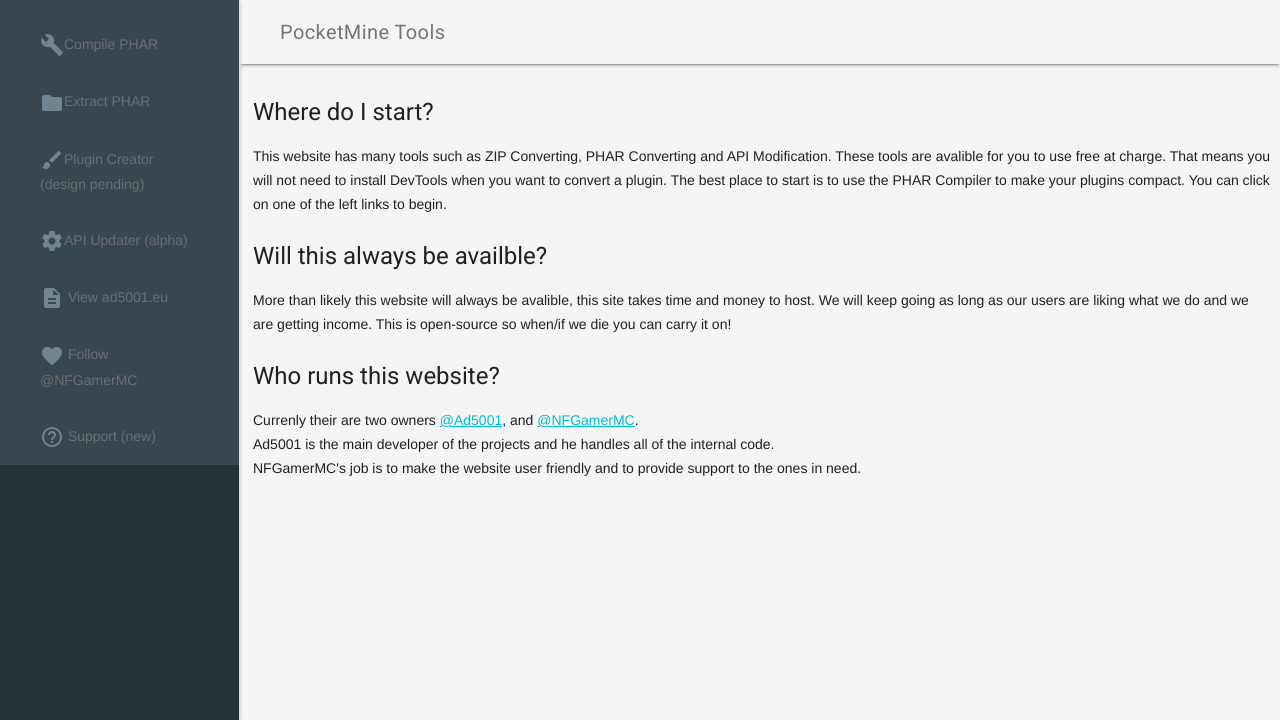
Repository: nathanfredericks/pocketmine-tools
Page: index.html
The author's editor kept a record of every edit. The page is drawn from the files as they stood at one moment, then again after the next edit.
The browser window is 1280 px wide. The pictures show the whole page.
Some web libraries are served in a nearby version.

Above is the page before.

After the next edit:
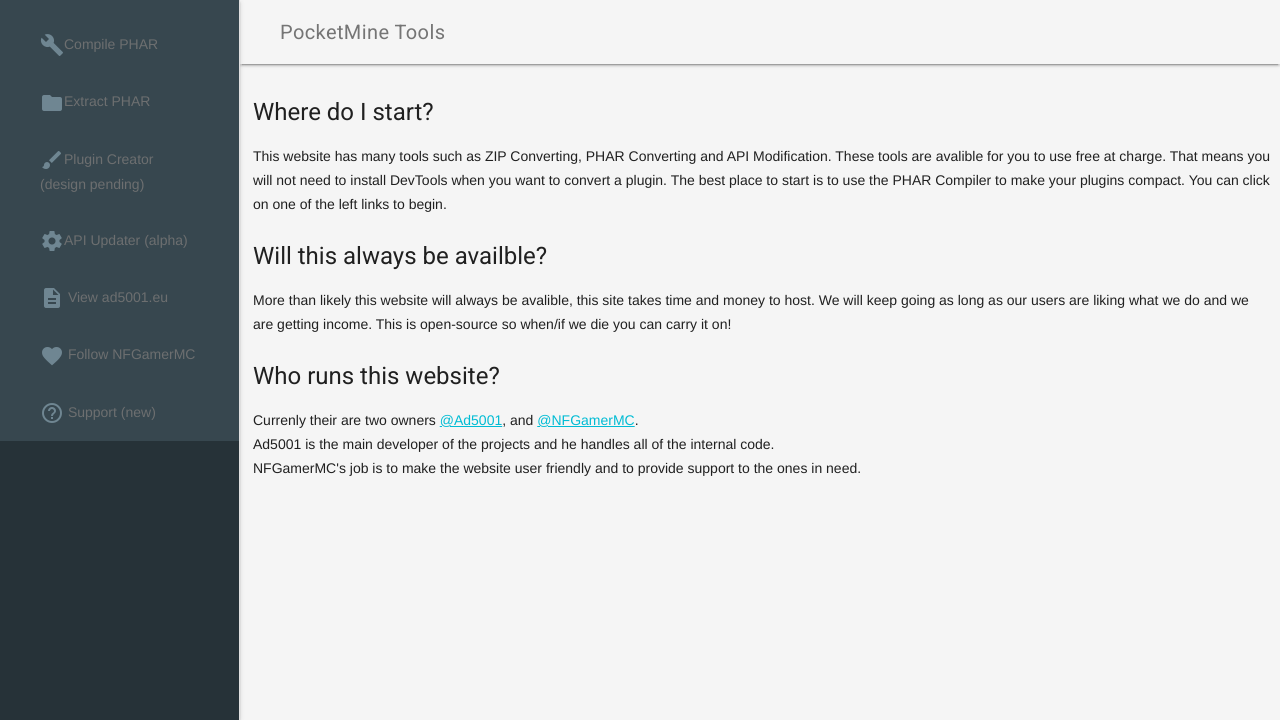
The edit:
--- a/index.html
+++ b/index.html
@@ -81,7 +81,7 @@
 					<span>View ad5001.eu</span>
 				</a>
 				<a class="mdl-navigation__link" href="https://twitter.com/NFGamerMC"><i class="mdl-color-text--blue-grey-400 material-icons" role="presentation">favorite</i>
-					<span>Follow @NFGamerMC</span>
+					<span>Follow NFGamerMC</span>
 				</a>
 				<a class="mdl-navigation__link" href="https://twitter.com/PocketmineTools"><i class="mdl-color-text--blue-grey-400 material-icons" role="presentation">help_outline</i>
 					<span>Support (new)</span>
